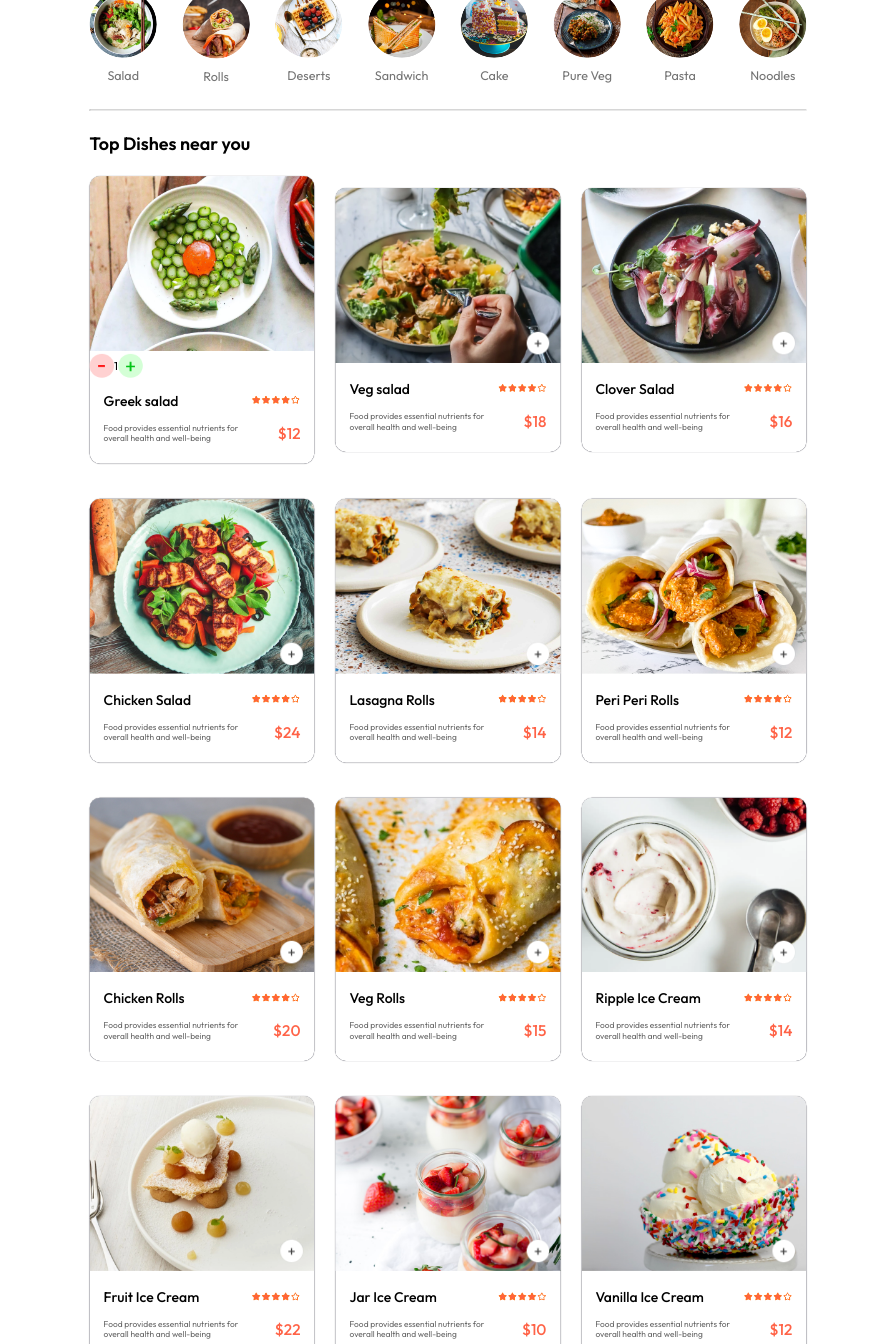
Repository: guilhermecardoso93/tomato-front-end
Page: /, after clicking the first element matching `img.add`
An editor plug-in stored every save of this project. The page is shown before and after the next save, followed by the edit.
The browser window is 1280 px wide. The pictures show the part of the page from y = 742 to 2662 px (the page is 5673 px tall before and 5639 px after), at 70% of full size.
The project was rebuilt for these pictures with package versions that can differ from the ones it lists, and the page was loaded fresh each time. Also part of the build but not shown: vite.config.js, src/pages/Cart/styles.css, src/pages/Cart/index.jsx, src/pages/PlaceOrder/styles.css, src/pages/PlaceOrder/index.jsx.

Above is the page before, as saved 2024-10-30 19:52:10.

### index.html
<!doctype html>
<html lang="en">

<head>
    <meta charset="UTF-8" />
    <link rel="icon" type="image/svg+xml" href="" />
    <link rel="preconnect" href="https://fonts.googleapis.com">
    <link rel="preconnect" href="https://fonts.gstatic.com" crossorigin>
    <link href="https://fonts.googleapis.com/css2?family=Inter:ital,opsz,wght@0,14..32,100..900;1,14..32,100..900&family=Outfit:wght@100..900&display=swap" rel="stylesheet">
    <meta name="viewport" content="width=device-width, initial-scale=1.0" />
    <title>Tomato</title>
</head>

<body>
    <div id="root"></div>
    <script type="module" src="/src/main.jsx"></script>
</body>

</html>

### src/main.jsx
import { StrictMode } from "react";
import { createRoot } from "react-dom/client";
import "./index.css";
import { App } from "./App.jsx";
import { BrowserRouter } from "react-router-dom";
import StoreContextProvider from "./context/StoreContext.jsx";

createRoot(document.getElementById("root")).render(
  <BrowserRouter>
    <StoreContextProvider>
      <App />
    </StoreContextProvider>
  </BrowserRouter>
);

### src/index.css
* {
  padding: 0;
  margin: 0;
  box-sizing: border-box;
}

body {
  min-height: 100vh;
  font-family: "Outfit", sans-serif;
}

a {
  text-decoration: none;
  color: inherit;
}

.app {
  width: 80%;
  margin: auto;
}

@keyframes fadeIn {
  0% {
    opacity: 0;
  }

  100% {
    opacity: 1;
  }
}

### src/App.jsx
import { Routes, Route } from "react-router-dom";
import { Navbar } from "./components/Navbar";

import { Home } from "./pages/Home";
import { Cart } from "./pages/Cart";
import { PlaceOrder } from "./pages/PlaceOrder";

export function App() {
  return (
    <div className="app">
      <Navbar />
      <Routes>
        <Route path="/" element={<Home />} />
        <Route path="/cart" element={<Cart />} />
        <Route path="/order" element={<PlaceOrder />} />
      </Routes>
    </div>
  );
}

### src/context/StoreContext.jsx
import { createContext } from "react";
import { food_list } from "../assets/assets";

export const StoreContext = createContext(null);

const StoreContextProvider = (props) => {
  const contextValue = {
    food_list,
  };

  return (
    <StoreContext.Provider value={contextValue}>
      {props.children}
    </StoreContext.Provider>
  );
};

export default StoreContextProvider;

### src/components/Navbar/index.jsx
import { useState } from "react";
import { assets } from "../../assets/assets";
import "./styles.css";

export const Navbar = () => {
  const [menu, setMenu] = useState("Home");

  return (
    <div className="navbar">
      <img src={assets.logo} alt="Logo" className="logo" />
      <ul className="navbar-menu">
        <li
          onClick={() => setMenu("Home")}
          className={menu === "Home" ? "active" : ""}
        >
          Home
        </li>
        <li
          onClick={() => setMenu("Menu")}
          className={menu === "Menu" ? "active" : ""}
        >
          Menu
        </li>
        <li
          onClick={() => setMenu("MobileApp")}
          className={menu === "MobileApp" ? "active" : ""}
        >
          MobileApp
        </li>
        <li
          onClick={() => setMenu("Contact Us")}
          className={menu === "Contact Us" ? "active" : ""}
        >
          Contact Us
        </li>
      </ul>
      <div className="navbar-right">
        <img src={assets.search_icon} alt="" />
        <div className="navbar-search-icon">
          <img src={assets.basket_icon} alt="" />
          <div className="dot"></div>
        </div>
        <button>sign in</button>
      </div>
    </div>
  );
};

### src/pages/Home/index.jsx
import { useState } from "react";
import { ExplorerMenu } from "../../components/ExplorerMenu";
import { Header } from "../../components/Header";
import "./styles.css";
import { FoodDisplay } from "../../components/FoodDisplay/Index";

export const Home = () => {
  const [category, setCategory] = useState("All");

  return (
    <div>
      <Header />
      <ExplorerMenu category={category} setCategory={setCategory} />
      <FoodDisplay category={category} />
    </div>
  );
};

### src/assets/assets.js
import basket_icon from './icons/basket_icon.png'
import logo from './logo.png'
import header_img from './header_img.png'
import search_icon from './icons/search_icon.png'
import menu_1 from './menu/menu_1.png'
import menu_2 from './menu/menu_2.png'
import menu_3 from './menu/menu_3.png'
import menu_4 from './menu/menu_4.png'
import menu_5 from './menu/menu_5.png'
import menu_6 from './menu/menu_6.png'
import menu_7 from './menu/menu_7.png'
import menu_8 from './menu/menu_8.png'

import food_1 from './food/food_1.png'
import food_2 from './food/food_2.png'
import food_3 from './food/food_3.png'
import food_4 from './food/food_4.png'
import food_5 from './food/food_5.png'
import food_6 from './food/food_6.png'
import food_7 from './food/food_7.png'
import food_8 from './food/food_8.png'
import food_9 from './food/food_9.png'
import food_10 from './food/food_10.png'
import food_11 from './food/food_11.png'
import food_12 from './food/food_12.png'
import food_13 from './food/food_13.png'
import food_14 from './food/food_14.png'
import food_15 from './food/food_15.png'
import food_16 from './food/food_16.png'
import food_17 from './food/food_17.png'
import food_18 from './food/food_18.png'
import food_19 from './food/food_19.png'
import food_20 from './food/food_20.png'
import food_21 from './food/food_21.png'
import food_22 from './food/food_22.png'
import food_23 from './food/food_23.png'
import food_24 from './food/food_24.png'
import food_25 from './food/food_25.png'
import food_26 from './food/food_26.png'
import food_27 from './food/food_27.png'
import food_28 from './food/food_28.png'
import food_29 from './food/food_29.png'
import food_30 from './food/food_30.png'
import food_31 from './food/food_31.png'
import food_32 from './food/food_32.png'

import add_icon_white from './icons/add_icon_white.png'
import add_icon_green from './icons/add_icon_green.png'
import remove_icon_red from './icons/remove_icon_red.png'
import app_store from './icons/app_store.png'
import play_store from './icons/play_store.png'
import linkedin_icon from './icons/linkedin_icon.png'
import facebook_icon from './icons/facebook_icon.png'
import twitter_icon from './icons/twitter_icon.png'
import cross_icon from './icons/cross_icon.png'
import selector_icon from './icons/selector_icon.png'
import rating_starts from './icons/rating_starts.png'
import profile_icon from './icons/profile_icon.png'
import bag_icon from './icons/bag_icon.png'
import logout_icon from './icons/logout_icon.png'
import parcel_icon from './icons/parcel_icon.png'

export const assets = {
    logo,
    basket_icon,
    header_img,
    search_icon,
    rating_starts,
    add_icon_green,
    add_icon_white,
    remove_icon_red,
    app_store,
    play_store,
    linkedin_icon,
    facebook_icon,
    twitter_icon,
    cross_icon,
    selector_icon,
    profile_icon,
    logout_icon,
    bag_icon,
    parcel_icon
}

export const menu_list = [
    {
        menu_name: "Salad",
        menu_image: menu_1
    },
    {
        menu_name: "Rolls",
        menu_image: menu_2
    },
    {
        menu_name: "Deserts",
        menu_image: menu_3
    },
    {
        menu_name: "Sandwich",
        menu_image: menu_4
    },
    {
        menu_name: "Cake",
        menu_image: menu_5
    },
    {
        menu_name: "Pure Veg",
        menu_image: menu_6
    },
    {
        menu_name: "Pasta",
        menu_image: menu_7
    },
    {
        menu_name: "Noodles",
        menu_image: menu_8
    }]

export const food_list = [
    {
        _id: "1",
        name: "Greek salad",
        image: food_1,
        price: 12,
        description: "Food provides essential nutrients for overall health and well-being",
        category: "Salad"
    },
    {
        _id: "2",
        name: "Veg salad",
        image: food_2,
        price: 18,
        description: "Food provides essential nutrients for overall health and well-being",
        category: "Salad"
    }, {
        _id: "3",
        name: "Clover Salad",
        image: food_3,
        price: 16,
        description: "Food provides essential nutrients for overall health and well-being",
        category: "Salad"
    }, {
        _id: "4",
        name: "Chicken Salad",
        image: food_4,
        price: 24,
        description: "Food provides essential nutrients for overall health and well-being",
        category: "Salad"
    }, {
        _id: "5",
        name: "Lasagna Rolls",
        image: food_5,
        price: 14,
        description: "Food provides essential nutrients for overall health and well-being",
        category: "Rolls"
    }, {
        _id: "6",
        name: "Peri Peri Rolls",
        image: food_6,
        price: 12,
        description: "Food provides essential nutrients for overall health and well-being",
        category: "Rolls"
    }, {
        _id: "7",
        name: "Chicken Rolls",
        image: food_7,
        price: 20,
        description: "Food provides essential nutrients for overall health and well-being",
        category: "Rolls"
    }, {
        _id: "8",
        name: "Veg Rolls",
        image: food_8,
        price: 15,
        description: "Food provides essential nutrients for overall health and well-being",
        category: "Rolls"
    }, {
        _id: "9",
        name: "Ripple Ice Cream",
        image: food_9,
        price: 14,
        description: "Food provides essential nutrients for overall health and well-being",
        category: "Deserts"
    }, {
        _id: "10",
        name: "Fruit Ice Cream",
        image: food_10,
        price: 22,
        description: "Food provides essential nutrients for overall health and well-being",
        category: "Deserts"
    }, {
        _id: "11",
        name: "Jar Ice Cream",
        image: food_11,
        price: 10,
        description: "Food provides essential nutrients for overall health and well-being",
        category: "Deserts"
    }, {
        _id: "12",
        name: "Vanilla Ice Cream",
        image: food_12,
        price: 12,
        description: "Food provides essential nutrients for overall health and well-being",
        category: "Deserts"
    },
    {
        _id: "13",
        name: "Chicken Sandwich",
        image: food_13,
        price: 12,
        description: "Food provides essential nutrients for overall health and well-being",
        category: "Sandwich"
    },
    {
        _id: "14",
        name: "Vegan Sandwich",
        image: food_14,
        price: 18,
        description: "Food provides essential nutrients for overall health and well-being",
        category: "Sandwich"
    }, {
        _id: "15",
        name: "Grilled Sandwich",
        image: food_15,
        price: 16,
        description: "Food provides essential nutrients for overall health and well-being",
        category: "Sandwich"
    }, {
        _id: "16",
        name: "Bread Sandwich",
        image: food_16,
        price: 24,
        description: "Food provides essential nutrients for overall health and well-being",
        category: "Sandwich"
    }, {
        _id: "17",
        name: "Cup Cake",
        image: food_17,
        price: 14,
        description: "Food provides essential nutrients for overall health and well-being",
        category: "Cake"
    }, {
        _id: "18",
        name: "Vegan Cake",
        image: food_18,
        price: 12,
        description: "Food provides essential nutrients for overall health and well-being",
        category: "Cake"
    }, {
        _id: "19",
        name: "Butterscotch Cake",
        image: food_19,
        price: 20,
        description: "Food provides essential nutrients for overall health and well-being",
        category: "Cake"
    }, {
        _id: "20",
        name: "Sliced Cake",
        image: food_20,
        price: 15,
        description: "Food provides essential nutrients for overall health and well-being",
        category: "Cake"
    }, {
        _id: "21",
        name: "Garlic Mushroom ",
        image: food_21,
        price: 14,
        description: "Food provides essential nutrients for overall health and well-being",
        category: "Pure Veg"
    }, {
        _id: "22",
        name: "Fried Cauliflower",
        image: food_22,
        price: 22,
        description: "Food provides essential nutrients for overall health and well-being",
        category: "Pure Veg"
    }, {
        _id: "23",
        name: "Mix Veg Pulao",
        image: food_23,
        price: 10,
        description: "Food provides essential nutrients for overall health and well-being",
        category: "Pure Veg"
    }, {
        _id: "24",
        name: "Rice Zucchini",
        image: food_24,
        price: 12,
        description: "Food provides essential nutrients for overall health and well-being",
        category: "Pure Veg"
    },
    {
        _id: "25",
        name: "Cheese Pasta",
        image: food_25,
        price: 12,
        description: "Food provides essential nutrients for overall health and well-being",
        category: "Pasta"
    },
    {
        _id: "26",
        name: "Tomato Pasta",
        image: food_26,
        price: 18,
        description: "Food provides essential nutrients for overall health and well-being",
        category: "Pasta"
    }, {
        _id: "27",
        name: "Creamy Pasta",
        image: food_27,
        price: 16,
        description: "Food provides essential nutrients for overall health and well-being",
        category: "Pasta"
    }, {
        _id: "28",
        name: "Chicken Pasta",
        image: food_28,
        price: 24,
        description: "Food provides essential nutrients for overall health and well-being",
        category: "Pasta"
    }, {
        _id: "29",
        name: "Buttter Noodles",
        image: food_29,
        price: 14,
        description: "Food provides essential nutrients for overall health and well-being",
        category: "Noodles"
    }, {
        _id: "30",
        name: "Veg Noodles",
        image: food_30,
        price: 12,
        description: "Food provides essential nutrients for overall health and well-being",
        category: "Noodles"
    }, {
        _id: "31",
        name: "Somen Noodles",
        image: food_31,
        price: 20,
        description: "Food provides essential nutrients for overall health and well-being",
        category: "Noodles"
    }, {
        _id: "32",
        name: "Cooked Noodles",
        image: food_32,
        price: 15,
        description: "Food provides essential nutrients for overall health and well-being",
        category: "Noodles"
    }
]

### src/components/Navbar/styles.css
.navbar {
  padding: 20px 0;
  display: flex;
  justify-content: space-between;
  align-items: center;
}

.navbar .logo {
  width: 150px;
}

.navbar-menu {
  display: flex;
  list-style: none;
  gap: 10px;
  color: #49557c;
  font-size: 18px;
}

.navbar li {
  cursor: pointer
}

.navbar-right {
  display: flex;
  align-items: center;
  gap: 40px;
}

.navbar button {
  background: transparent;
  font-size: 16px;
  color: #49557c;
  border: 1px solid tomato;
  padding: 10px 30px;
  border-radius: 50px;
  cursor: pointer;
  transition: 0.3s;
}

.navbar button:hover {
  background: #fff4f2;
}

.navbar .active {
  padding-bottom: 2px;
  border-bottom: 2px solid #49557c;
}

.navbar-search-icon {
  position: relative;
}

.navbar-search-icon .dot {
  position: absolute;
  min-height: 10px;
  min-width: 10px;
  background-color: tomato;
  border-radius:  5px;
  top: -8px;
  right: -8px;
}

### src/components/ExplorerMenu/index.jsx
import { menu_list } from "../../assets/assets";

import "./styles.css";

export const ExplorerMenu = ({ category, setCategory }) => {
  return (
    <div className="explorer-menu" id="explore-menu">
      <h1>Explore our menu</h1>
      <p className="explore-menu-text">
        Choose from a diverse menu featuring a delectable arrays os dishes
        crafted with the finest ingredients and culinary expertise. Our mission
        is to satisfy your cravings and elevate your dining experience, one
        delicious meal at a time.
      </p>
      <div className="explore-menu-list">
        {menu_list.map((item, index) => {
          return (
            <div
              className="explore-menu-list-item"
              key={index}
              onClick={() =>
                setCategory((prev) =>
                  prev === item.menu_name ? "All" : item.menu_name
                )
              }
            >
              <img
                src={item.menu_image}
                alt=""
                className={category === item.menu_name ? "active" : ""}
              />
              <p className={category === item.menu_name ? "active-text" : ""}>
                {item.menu_name}
              </p>
            </div>
          );
        })}
      </div>
      <hr />
    </div>
  );
};

### src/components/Header/index.jsx
import "./styles.css";

export const Header = () => {
  return (
    <div className="header">
      <div className="header-container">
        <h2>Oder your favorite food here</h2>
        <p>
          Choose from a diverse menu featuring a delectable arrays os dishes
          crafted with the finest ingredients and culinary expertise. Our
          mission is to satisfy your cravings and elevate your dining
          experience, one delicious meal at a time.
        </p>
        <button> View Menu</button>
      </div>
    </div>
  );
};

### src/components/FoodDisplay/Index.jsx
import { useContext } from "react";
import { StoreContext } from "../../context/StoreContext";
import { FoodItem } from "../FoodItem";

import "./styles.css";

export const FoodDisplay = ({ category }) => {
  const { food_list } = useContext(StoreContext);

  return (
    <div className="food-display" id="food-display">
      <h2>Top Dishes near you</h2>
      <div className="food-display-list">
        {food_list.map((item, index) => {
          return (
            <FoodItem
              key={index}
              id={item.id}
              name={item.name}
              description={item.description}
              price={item.price}
              image={item.image}
            />
          );
        })}
      </div>
    </div>
  );
};

### src/components/ExplorerMenu/styles.css
.explorer-menu {
  display: flex;
  flex-direction: column;
  gap: 1rem;
}

.explorer-menu h1 {
  color: #262626;
  font-size: 500;
}

.explore-menu-text {
  max-width: 60%;
  color: #808080;
}

.explore-menu-list {
  display: flex;
  justify-content: space-between;
  align-items: center;
  gap: 30px;
  text-align: center;
  margin: 20px 0px;
  overflow-x: scroll;
}

.explore-menu-list::-webkit-scrollbar {
  display: none;
}

.explore-menu-list img {
  width: 7.5vw;
  min-width: 80px;
  cursor: pointer;
  border-radius: 50%;
  transition: 0.2s;
}

.explore-menu-list p {
  margin-top: 10px;
  color: #747474;
  font-size: max(1.4vw, 16px);
  cursor: pointer;
}

.explore-menu hr {
  margin: 10px 0px;
  height: 2px;
  background: #e2e2e2;
  border: none;
}

.explore-menu-list .active {
  border: 4px solid tomato;
  padding: 2px;
}

.explore-menu-list .active-text {
  color: tomato;
}

### src/components/Header/styles.css
.header {
  height: 34vw;
  margin: 30px auto;
  background: url('../../assets/header_img.png') no-repeat;
  background-size: contain;
  position: relative;
}



.header-container {
  position: absolute;
  display: flex;
  flex-direction: column;
  align-items: start;
  padding: 20px;
  gap: 1.5vw;
  max-width: 52%;
  bottom: 10%;
  animation: fadeIn 3s;
}


.header-container h2 {
  font-weight: 500;
  color: #f2f2f2f2;
  font-size: max(4.5vw, 22px);
}


.header-container p {
  color: #f2f2f2f2;
  font-size: 1vw;
}


.header-container button {
  border: none;
  color: #747474;
  font-weight: 700;
  padding: 1vw 2.3vw;
  background: white;
  font-size: max(1vw, 13px);
  border-radius: 50px;
}

### src/components/FoodItem/index.jsx
import { useState } from "react";
import { assets } from "../../assets/assets";
import "./styles.css";

export const FoodItem = ({ id, name, price, description, image }) => {
  const [itemCount, setItemCount] = useState(0);

  return (
    <div className="food-item" id={id}>
      <div className="food-item-image-container">
        <img src={image} alt="" className="food-item-image" />
        {!itemCount ? (
          <img
            src={assets.add_icon_white}
            alt=""
            className="add"
            onClick={() => setItemCount((prev) => prev + 1)}
          />
        ) : (
          <div className="food-item-counter">
            <img
              src={assets.remove_icon_red}
              alt=""
              onClick={() => setItemCount((prev) => Math.max(prev - 1, 0))}
            />
            <p>{itemCount}</p>
            <img
              src={assets.add_icon_green}
              alt=""
              onClick={() => setItemCount((prev) => prev + 1)}
            />
          </div>
        )}
      </div>
      <div className="food-item-info">
        <div className="food-item-name-rating">
          <p>{name}</p>
          <img src={assets.rating_starts} alt="" />
        </div>
        <div className="food-item-prices">
          <p className="food-item-description">{description}</p>
          <p className="food-item-price">${price}</p>
        </div>
      </div>
    </div>
  );
};

### src/components/FoodDisplay/styles.css
.food-display {
  margin-top: 30px;
}

.food-display h2 {
  font-size: max(2vw, 24px);
  font-weight: 600;
}


.food-display-list {
  display: grid;
  grid-template-columns: repeat(auto-fill, minmax(240px, 1fr));
  margin-top: 30px;
  gap: 30px;
  row-gap: 50px;
}

### src/components/FoodItem/styles.css
.food-item {
  width: 100%;
  margin: auto;
  border-radius: 15px;
  box-shadow: 0px 0px 1px #000015;
  transition: 0.3s;
  animation: fadeIn 1s;
}

.food-item-image {
  width: 100%;
  border-radius: 15px 15px 0px 0px;
}

.food-item-image-container {
  position: relative;
}

.food-item-image-container .add {
  position: absolute;
  width: 35px;
  bottom: 15px;
  right: 15px;
  cursor: pointer;
  border-radius: 50%;
}

.food-item-counter {
  display: flex;
  justify-content: centee;
  align-items: center;
}

.food-item-info {
  padding: 20px;
}

.food-item-name-rating {
  display: flex;
  justify-content: space-between;
  align-items: center;
  margin-bottom: 10px;
}

.food-item-name-rating p {
  font-size: 20px;
  font-weight: 500;
}

.food-item-name-rating img {
  width: 70px;
}

.food-item-prices {
  display: flex;
  justify-content: space-between;
  align-items: center;
  gap: 10px;
}

.food-item-description {
  color: #676767;
  font-size: 12px;
  width: 75%;
}

.food-item-price {
  color: tomato;
  font-size: 22px;
  font-weight: 500;
  margin: 10px 0;
}

Loaded but not shown: src/pages/Home/styles.css (no stored copy; drawn as an empty file)

After the next save:
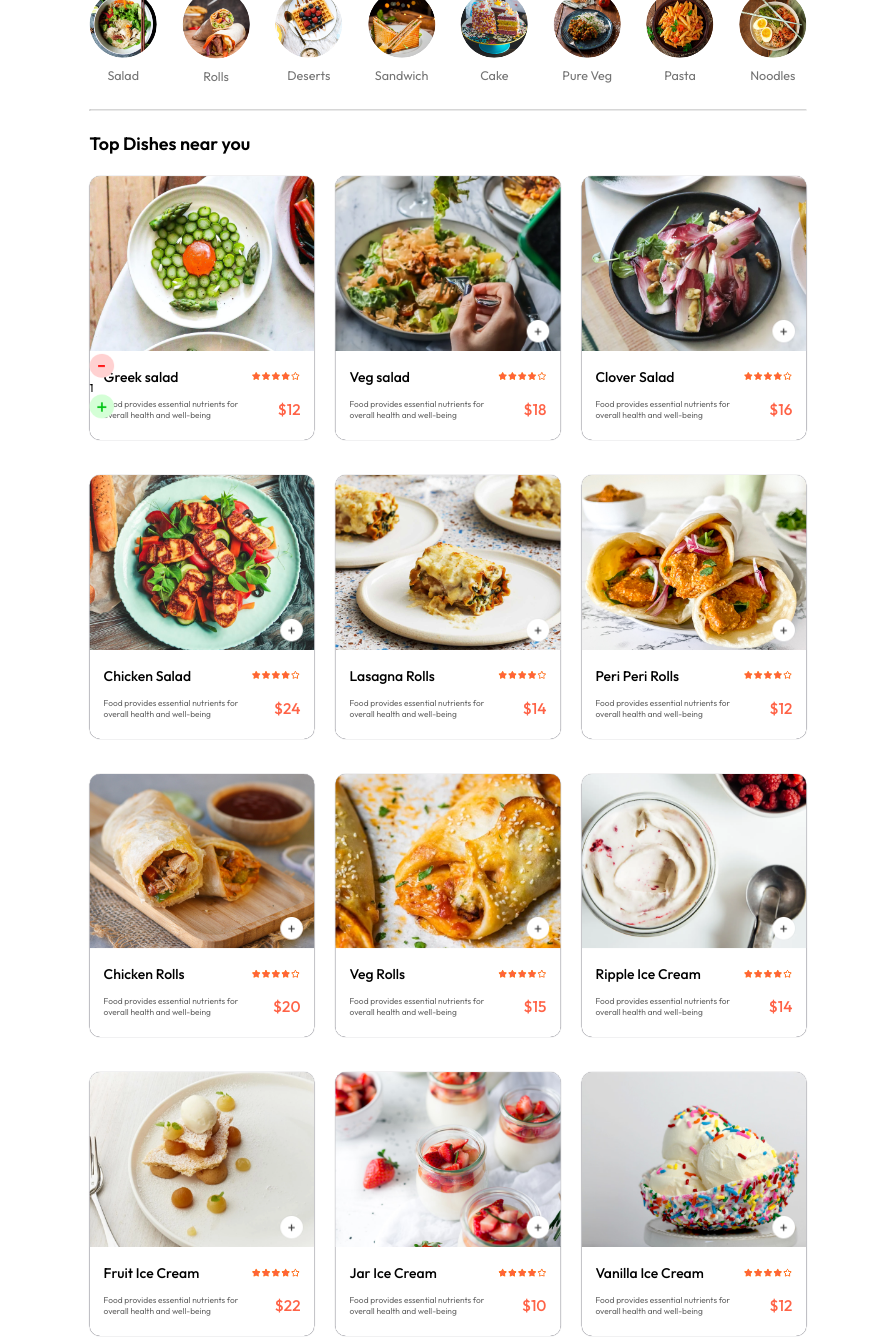
Saved 13 s later.
--- a/src/components/FoodItem/styles.css
+++ b/src/components/FoodItem/styles.css
@@ -26,8 +26,8 @@
 }
 
 .food-item-counter {
-  display: flex;
-  justify-content: centee;
+ position: absolute;
+  justify-content: center;
   align-items: center;
 }
 
